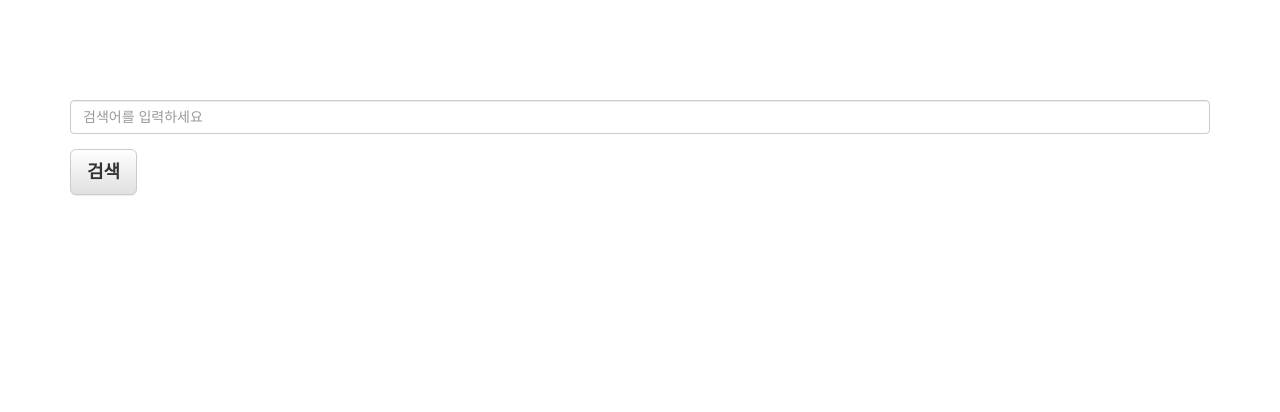
Repository: kimjaejoo/Tacademy
Page: http://localhost/Hello/searchForm.jsp
These files come from the project's save history. The page is drawn as it stood at one moment and after the next save; the edit follows.
The browser window is 1280 px wide. The pictures show the whole page.
Some web libraries are served in a nearby version. The page is served by Tomcat 9.

Above is the page before, as saved 2016-11-03 08:17:08.
Console error: SyntaxError: missing ) after argument list

After the next save:
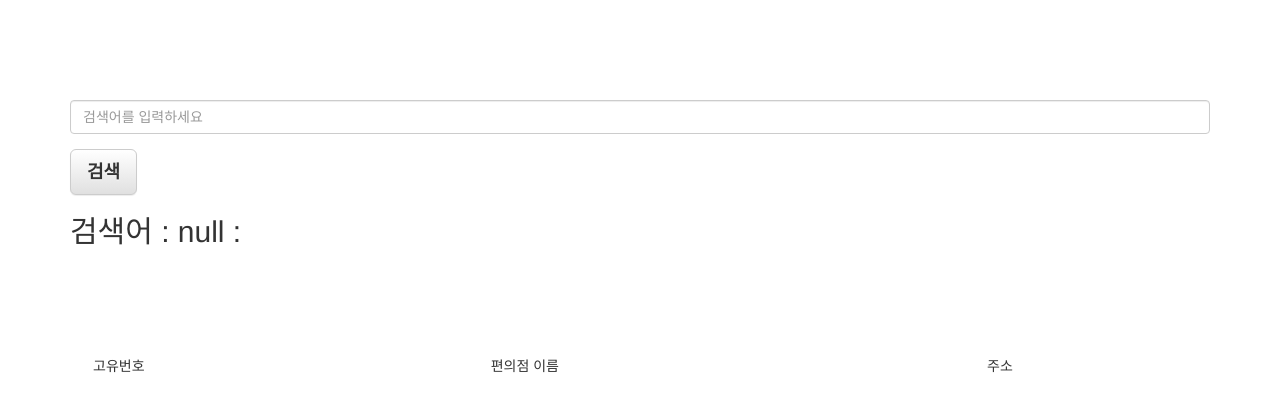
Saved 3 min 5 s later.
--- a/Hello/WebContent/searchForm.jsp
+++ b/Hello/WebContent/searchForm.jsp
@@ -65,6 +65,7 @@
 					<button id="searchBtn" class="btn btn-default btn-lg">검색</button>
 			</div>
 		</form>
+		<%@ include file="result2.jsp" %>
 	</div>
 </body>
 </html>
